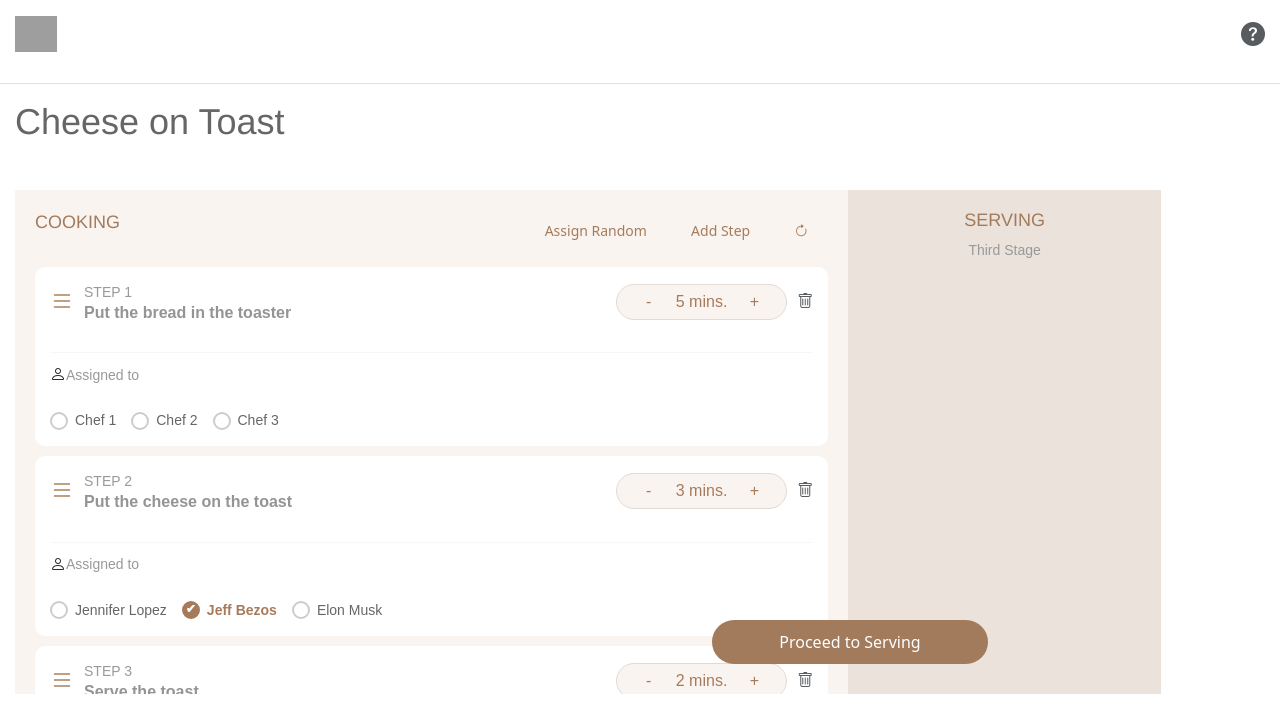
Repository: devashrisamani/SMC
Page: assign.html
An editor plug-in stored every save of this project. The page is shown before and after the next save, followed by the edit.
The browser window is 1280 px wide. The pictures show the whole page.
Pictures or frames that could not be fetched are drawn as grey boxes. An inner scrolling area shows only its first screen. Some web libraries are served in a nearby version.

Above is the page before, as saved 2024-10-10 15:09:19.

### assign.html
<!DOCTYPE html>
<html lang="en">
  <head>
    <meta charset="UTF-8" />
    <meta name="viewport" content="width=device-width, initial-scale=1.0" />
    <link
      href="https://cdn.jsdelivr.net/npm/bootstrap@5.3.0-alpha1/dist/css/bootstrap.min.css"
      rel="stylesheet"
    />
    <link
      href="https://cdn.jsdelivr.net/npm/bootstrap-icons/font/bootstrap-icons.css"
      rel="stylesheet"
    />
    <link rel="stylesheet" href="styles.css" />
    <title>Assign Page</title>
    <style>
      /* Fixed height and scrollable container */
      .items-needed {
        background-color: #f9f4ef;
        height: 400px;
        overflow-y: auto;
        padding: 20px;
      }

      /* Style for Assign Random and Add Step buttons */
      .assign-random,
      .add-step,
      .refresh-btn {
        color: #a67b5c;
        padding: 10px 20px;
        font-size: 14px;
        border: none;
        cursor: pointer;
        transition: background-color 0.3s ease;
      }

      .assign-random:hover,
      .add-step:hover,
      .refresh-btn:hover {
        color: #8c6649;
      }

      .list-group {
        margin: 0;
        padding: 0;
        list-style-type: none;
      }

      .step-item {
        border: 1px solid #ddd;
        border-radius: 10px;
        padding: 15px;
        background-color: #f9f9f9;
        margin-bottom: 10px;
      }

      .handle-icon {
        margin-right: 10px;
        font-size: 24px;
        color: #a67c52;
      }

      .step-number {
        margin: 0;
        font-size: 12px;
        color: #a67c52;
      }

      .step-title {
        margin: 0;
        font-size: 16px;
        font-weight: bold;
        color: #949494;
      }

      .step-divider {
        border: none;
        border-top: 1px solid #ddd;
        margin: 10px 0;
      }

      .step-header {
        display: flex;
        align-items: center;
        justify-content: flex-start;
        gap: 10px;
      }

      .step-timer {
        display: flex;
        align-items: center;
        border: 1px solid #e3dad5;
        border-radius: 25px;
        padding: 5px 15px;
        background-color: #f9f4ef;
        flex-shrink: 0;
      }

      .delete-step {
        margin-left: 10px;
        cursor: pointer;
        flex-shrink: 0;
      }

      .timer-btn {
        background-color: #f9f4ef;
        border: none;
        border-radius: 50%;
        width: 24px;
        height: 24px;
        display: inline-flex;
        justify-content: center;
        align-items: center;
        color: #a67b5c;
        cursor: pointer;
        margin: 0 5px;
      }

      .timer-btn:hover {
        background-color: #eae2db;
      }

      .step-timer span {
        color: #a67b5c;
        font-weight: 500;
        margin: 0 10px;
      }

      .delete-step:hover {
        color: #333;
      }

      .step-body {
        margin-top: 10px;
        display: flex;
        flex-direction: column;
        align-items: flex-start;
      }

      .assigned-users {
        display: flex;
        gap: 15px;
        margin-left: 0;
        margin-top: 10px;
      }

      .user-option {
        display: inline-flex;
        align-items: center;
        font-size: 14px;
        color: #666;
        cursor: pointer;
      }

      .user-option input[type="radio"] {
        opacity: 0;
        position: absolute;
      }

      .user-option input[type="radio"] + span {
        display: inline-flex;
        align-items: center;
        gap: 8px;
        position: relative;
        padding-left: 25px;
        color: #666;
      }

      .user-option input[type="radio"] + span::before {
        content: "";
        display: inline-block;
        width: 18px;
        height: 18px;
        border-radius: 50%;
        border: 2px solid #ccc;
        position: absolute;
        left: 0;
        background-color: white;
      }

      .user-option input[type="radio"]:checked + span::before {
        border-color: #a67b5c;
        background-color: #a67b5c;
      }

      .user-option input[type="radio"]:checked + span::after {
        content: "✔";
        position: absolute;
        left: 4px;
        top: 0;
        font-size: 12px;
        color: white;
      }

      .user-option input[type="radio"]:checked + span {
        color: #a67b5c;
        font-weight: bold;
      }
    </style>
  </head>
  <body>
    <header class="container-fluid border-bottom py-3">
      <div class="d-flex justify-content-between align-items-center">
        <div>
          <img src="img/logomark.svg" alt="Logo" class="logo" />
        </div>
        <div>
          <i class="bi bi-question-circle-fill fs-4 text-muted"></i>
        </div>
      </div>
    </header>

    <section class="container-fluid py-3">
      <div class="d-flex justify-content-between align-items-center">
        <h1 class="header-title">Cheese on Toast</h1>
      </div>
    </section>

    <section class="container-fluid py-3">
      <div class="row position-relative">
        <div class="col-md-8 rectangle items-needed">
          <div class="d-flex justify-content-between align-items-center mb-3">
            <h4 class="items-title">COOKING</h4>
            <div>
              <button class="btn assign-random">Assign Random</button>
              <button class="btn add-step">Add Step</button>
              <button class="btn refresh-btn">
                <i class="bi bi-arrow-clockwise"></i>
              </button>
            </div>
          </div>

          <!-- Ingredients will be added here -->
          <ul class="list-group ingredients-list" id="sortable-list">
            <!-- Hardcoded Steps -->
            <li class="step-item list-group-item">
              <div
                class="step-header d-flex align-items-center justify-content-between"
              >
                <div class="d-flex align-items-center">
                  <i class="bi bi-list handle-icon"></i>
                  <div class="step-info">
                    <p class="step-number">STEP 1</p>
                    <h4 class="step-title">Put the bread in the toaster</h4>
                  </div>
                </div>
                <div class="d-flex align-items-center">
                  <div class="step-timer">
                    <button class="timer-btn">-</button>
                    <span>5 mins.</span>
                    <button class="timer-btn">+</button>
                  </div>
                  <i class="bi bi-trash text-muted delete-step ml-2"></i>
                </div>
              </div>
              <hr class="step-divider" />
              <div class="step-body">
                <div class="d-flex align-items-center">
                  <i class="bi bi-person task-icon"></i>
                  <p class="assigned-text mb-0">Assigned to</p>
                </div>
                <!-- <div class="assigned-users mt-2">
                  <label class="user-option">
                    <input type="radio" name="assigned-user-1" />
                    <span>Jennifer Lopez</span>
                  </label>
                  <label class="user-option">
                    <input type="radio" name="assigned-user-1" />
                    <span>Jeff Bezos</span>
                  </label>
                  <label class="user-option">
                    <input type="radio" name="assigned-user-1" />
                    <span>Elon Musk</span>
                  </label>
                </div> -->
                <div class="assigned-users mt-2">
                  <label class="user-option">
                    <input type="radio" name="assigned-user-1" />
                    <span id="chef1-display">Chef 1</span>
                  </label>
                  <label class="user-option">
                    <input type="radio" name="assigned-user-1" />
                    <span id="chef2-display">Chef 2</span>
                  </label>
                  <label class="user-option">
                    <input type="radio" name="assigned-user-1" />
                    <span id="chef3-display">Chef 3</span>
                  </label>
                </div>
              </div>
            </li>

            <li class="step-item list-group-item">
              <div
                class="step-header d-flex align-items-center justify-content-between"
              >
                <div class="d-flex align-items-center">
                  <i class="bi bi-list handle-icon"></i>
                  <div class="step-info">
                    <p class="step-number">STEP 2</p>
                    <h4 class="step-title">Put the cheese on the toast</h4>
                  </div>
                </div>
                <div class="d-flex align-items-center">
                  <div class="step-timer">
                    <button class="timer-btn">-</button>
                    <span>3 mins.</span>
                    <button class="timer-btn">+</button>
                  </div>
                  <i class="bi bi-trash text-muted delete-step ml-2"></i>
                </div>
              </div>
              <hr class="step-divider" />
              <div class="step-body">
                <div class="d-flex align-items-center">
                  <i class="bi bi-person task-icon"></i>
                  <p class="assigned-text mb-0">Assigned to</p>
                </div>
                <div class="assigned-users mt-2">
                  <label class="user-option">
                    <input type="radio" name="assigned-user-2" />
                    <span>Jennifer Lopez</span>
                  </label>
                  <label class="user-option">
                    <input type="radio" name="assigned-user-2" />
                    <span>Jeff Bezos</span>
                  </label>
                  <label class="user-option">
                    <input type="radio" name="assigned-user-2" />
                    <span>Elon Musk</span>
                  </label>
                </div>
              </div>
            </li>

            <li class="step-item list-group-item">
              <div
                class="step-header d-flex align-items-center justify-content-between"
              >
                <div class="d-flex align-items-center">
                  <i class="bi bi-list handle-icon"></i>
                  <div class="step-info">
                    <p class="step-number">STEP 3</p>
                    <h4 class="step-title">Serve the toast</h4>
                  </div>
                </div>
                <div class="d-flex align-items-center">
                  <div class="step-timer">
                    <button class="timer-btn">-</button>
                    <span>2 mins.</span>
                    <button class="timer-btn">+</button>
                  </div>
                  <i class="bi bi-trash text-muted delete-step ml-2"></i>
                </div>
              </div>
              <hr class="step-divider" />
              <div class="step-body">
                <div class="d-flex align-items-center">
                  <i class="bi bi-person task-icon"></i>
                  <p class="assigned-text mb-0">Assigned to</p>
                </div>
                <div class="assigned-users mt-2">
                  <label class="user-option">
                    <input type="radio" name="assigned-user-3" />
                    <span>Jennifer Lopez</span>
                  </label>
                  <label class="user-option">
                    <input type="radio" name="assigned-user-3" />
                    <span>Jeff Bezos</span>
                  </label>
                  <label class="user-option">
                    <input type="radio" name="assigned-user-3" />
                    <span>Elon Musk</span>
                  </label>
                </div>
              </div>
            </li>
          </ul>
        </div>

        <div class="col-md-3 rectangle serving">
          <h5>SERVING</h5>
          <p>Third Stage</p>
        </div>

        <div class="proceed-btn-wrapper position-absolute">
          <button class="btn btn-primary proceed-btn">
            Proceed to Serving
          </button>
        </div>
      </div>
    </section>

    <script src="https://cdn.jsdelivr.net/npm/sortablejs@1.14.0/Sortable.min.js"></script>
    <script>
      let stepCounter = 4; // Step count starts at 4 since 3 steps are already hardcoded
      let originalOrderHTML = [];

      // Store the original steps for the refresh button
      document.querySelectorAll(".step-item").forEach((item) => {
        originalOrderHTML.push(item.outerHTML);
      });

      // Initialize SortableJS
      let sortable = new Sortable(document.getElementById("sortable-list"), {
        handle: ".handle-icon",
        animation: 150,
        onEnd: function () {
          updateStepNumbers();
        },
      });

      // Update step numbers
      function updateStepNumbers() {
        document.querySelectorAll(".step-item").forEach((item, index) => {
          item.querySelector(".step-number").textContent = `STEP ${index + 1}`;
        });
      }

      // Assign each person to at least one task on page load
      function assignInitialTasks() {
        const people = ["Jennifer Lopez", "Jeff Bezos", "Elon Musk"];
        let steps = document.querySelectorAll(".step-item");
        let shuffledSteps = Array.from(steps).sort(() => 0.5 - Math.random());

        people.forEach((person, index) => {
          let step = shuffledSteps[index];
          let radios = step.querySelectorAll('input[type="radio"]');
          radios.forEach((radio) => {
            if (radio.nextElementSibling.textContent === person) {
              radio.checked = true;
            }
          });
        });

        shuffledSteps.slice(people.length).forEach((step) => {
          let radios = step.querySelectorAll('input[type="radio"]');
          let randomPersonIndex = Math.floor(Math.random() * radios.length);
          radios[randomPersonIndex].checked = true;
        });
      }

      // Call this function on page load to assign initial tasks
      window.onload = assignInitialTasks;

      // Add Step functionality
      document
        .querySelector(".add-step")
        .addEventListener("click", function () {
          let list = document.getElementById("sortable-list");
          let newCard = `
          <li class="step-item list-group-item">
            <div class="step-header d-flex align-items-center justify-content-between">
              <div class="d-flex align-items-center">
                <i class="bi bi-list handle-icon"></i>
                <div class="step-info">
                  <p class="step-number">STEP ${stepCounter}</p>
                  <input type="text" class="form-control step-title-input" placeholder="Step Title" />
                </div>
              </div>
              <div class="d-flex align-items-center">
                <div class="step-timer">
                  <button class="timer-btn">-</button>
                  <span>5 mins.</span>
                  <button class="timer-btn">+</button>
                </div>
                <i class="bi bi-trash text-muted delete-step ml-2"></i>
              </div>
            </div>
            <hr class="step-divider" />
            <div class="step-body">
              <div class="d-flex align-items-center">
                <i class="bi bi-person task-icon"></i>
                <p class="assigned-text mb-0">Assigned to</p>
              </div>
              <div class="assigned-users mt-2">
                <label class="user-option">
                  <input type="radio" name="assigned-user-${stepCounter}" checked />
                  <span>Jennifer Lopez</span>
                </label>
                <label class="user-option">
                  <input type="radio" name="assigned-user-${stepCounter}" />
                  <span>Jeff Bezos</span>
                </label>
                <label class="user-option">
                  <input type="radio" name="assigned-user-${stepCounter}" />
                  <span>Elon Musk</span>
                </label>
              </div>
            </div>
          </li>
        `;
          list.insertAdjacentHTML("beforeend", newCard);
          stepCounter++;
          addDeleteListeners();
          updateStepNumbers();
          handleTitleEnter();
        });

      // Function to handle when the user presses Enter to finalize step title
      function handleTitleEnter() {
        document.querySelectorAll(".step-title-input").forEach((input) => {
          input.addEventListener("keydown", function (event) {
            if (event.key === "Enter") {
              event.preventDefault(); // Prevent default enter behavior
              const title = document.createElement("h4");
              title.className = "step-title";
              title.textContent = this.value; // Get the value from the input
              this.replaceWith(title); // Replace input with styled h4 element
            }
          });
        });
      }

      // Assign Random functionality ensuring each person gets at least one task
      document
        .querySelector(".assign-random")
        .addEventListener("click", function () {
          assignInitialTasks();
        });

      // Timer functionality (+/-)
      document.addEventListener("click", function (event) {
        if (event.target.classList.contains("timer-btn")) {
          let timerSpan = event.target.parentNode.querySelector("span");
          let currentTime = parseInt(timerSpan.textContent);
          if (event.target.textContent === "+") {
            timerSpan.textContent = `${currentTime + 1} mins.`;
          } else if (event.target.textContent === "-" && currentTime > 1) {
            timerSpan.textContent = `${currentTime - 1} mins.`;
          }
        }
      });

      // Delete functionality
      function addDeleteListeners() {
        document.querySelectorAll(".delete-step").forEach((button) => {
          button.addEventListener("click", function () {
            this.closest(".step-item").remove();
            updateStepNumbers();
          });
        });
      }

      addDeleteListeners();

      // Refresh functionality
      document
        .querySelector(".refresh-btn")
        .addEventListener("click", function () {
          document.getElementById("sortable-list").innerHTML =
            originalOrderHTML.join("");
          stepCounter = 4; // Reset counter
          addDeleteListeners();
          updateStepNumbers();
          assignInitialTasks(); // Reassign random tasks after refresh
        });
    </script>
  </body>
</html>

### styles.css
/* Custom styles for the header */
html,
body {
  margin: 0;
  padding: 0;
  overflow-x: hidden; /* Hide horizontal scrolling */
}

.logo {
  width: 42px;
  height: 36px;
}

.bi-question-circle-fill {
  color: #a27b5c;
}

.border-bottom {
  border-color: #eee;
}

/* Title Section */
.header-title {
  font-family: "Calistoga-Regular", Helvetica, sans-serif;
  color: #666666;
  font-size: 36px;
  margin: 0;
}

.retry-btn {
  border-color: #a27b5c;
  color: #a27b5c;
  border-radius: 20px;
}

.retry-btn:hover {
  background-color: #a27b5c;
  color: #fff;
}

.container-fluid {
  max-width: 100vw; /* Ensure it does not exceed the viewport width */
  padding-right: 15px;
  padding-left: 15px;
  box-sizing: border-box;
}

.row {
  margin-right: 0;
  margin-left: 0;
}
/* Styling for the three rectangles */

.rectangle {
  background-color: #f7f3ef;
  padding: 20px;
  /* height: 100%; */
  min-height: 70vh;
}

.items-needed {
  background-color: #f9f4ef;
}

.cooking {
  background-color: #f2eee9;
  text-align: center;
}

.serving {
  background-color: #eae2db;
  text-align: center;
}

/* Title and Text Styles */
.items-title {
  font-family: "Calistoga-Regular", Helvetica, sans-serif;
  color: #a27b5c;
  font-size: 18px;
  margin-bottom: 15px;
}

.ingredients-list .list-group-item {
  border: none;
  border-radius: 10px;
  background-color: #fff;
  margin-bottom: 10px;
  font-family: "DM Sans", sans-serif;
}

.ingredients-list .list-group-item strong {
  font-size: 18px;
  color: #666666;
}

.ingredients-list .list-group-item p {
  font-size: 14px;
  color: #999999;
}

/* Add Ingredient Button */
.add-ingredient {
  color: #a27b5c;
  font-weight: bold;
  text-decoration: none;
}

.cooking h5,
.serving h5 {
  font-family: "Calistoga-Regular", Helvetica, sans-serif;
  font-size: 18px;
  color: #a27b5c;
}

.cooking p,
.serving p {
  font-family: "DM Sans", sans-serif;
  font-size: 14px;
  color: #999999;
}

/* Flexbox for the title and button alignment */
.d-flex {
  display: flex;
  justify-content: space-between;
  align-items: center;
  margin-bottom: 15px;
}

.proceed-btn-wrapper {
  position: absolute;
  bottom: 30px;
  left: 50%;
  transform: translateX(20%);
  width: 100%; /* Ensure it's 100% of its parent, not wider */
  max-width: 300px; /* Prevent it from getting too large */
  overflow: hidden;
}

.proceed-btn {
  width: 100%;
  max-width: 300px;
  background-color: #a27b5c;
  color: #fff;
  border-radius: 50px;
  font-size: 16px;
  padding: 10px 40px;
  border: none;
}

.proceed-btn:hover {
  background-color: #8c6649;
  color: #fff;
}

After the next save:
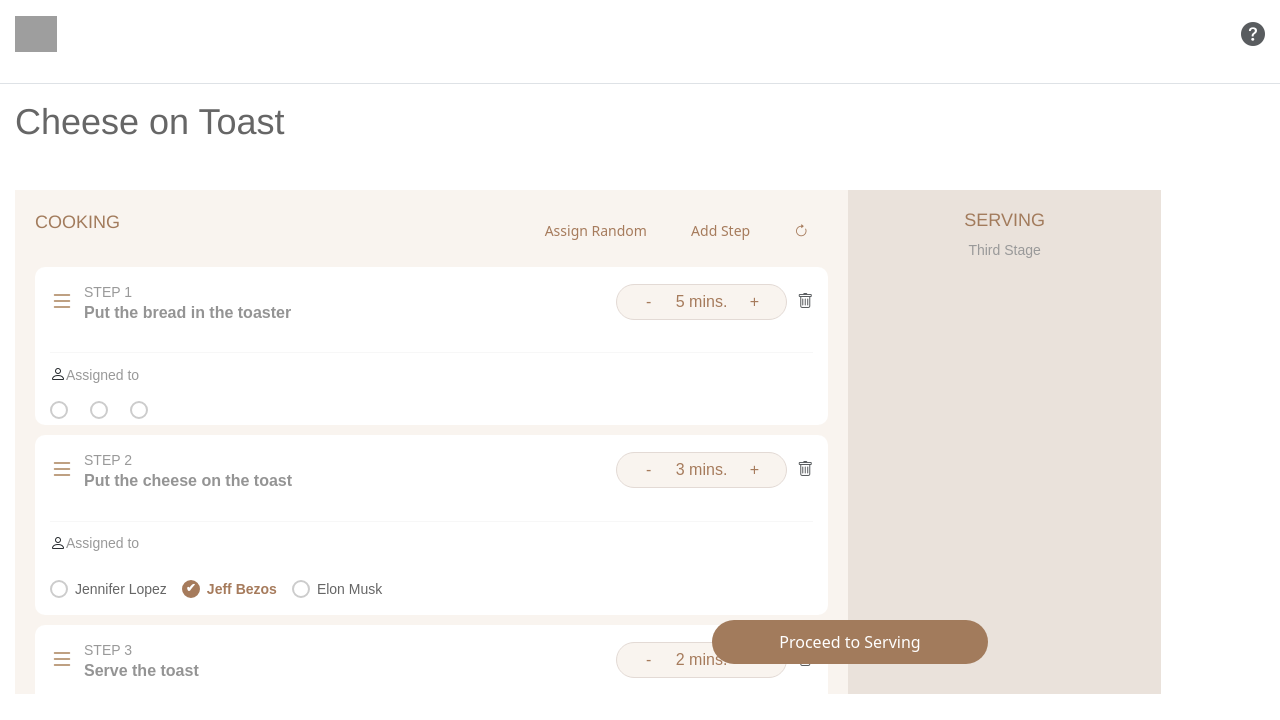
Saved 16 s later.
--- a/assign.html
+++ b/assign.html
@@ -555,6 +555,16 @@
           updateStepNumbers();
           assignInitialTasks(); // Reassign random tasks after refresh
         });
+
+      // Retrieve the names from localStorage
+      const chef1 = localStorage.getItem("chef1");
+      const chef2 = localStorage.getItem("chef2");
+      const chef3 = localStorage.getItem("chef3");
+
+      // Display the names on the cooking page
+      document.getElementById("chef1-display").textContent = chef1;
+      document.getElementById("chef2-display").textContent = chef2;
+      document.getElementById("chef3-display").textContent = chef3;
     </script>
   </body>
 </html>
